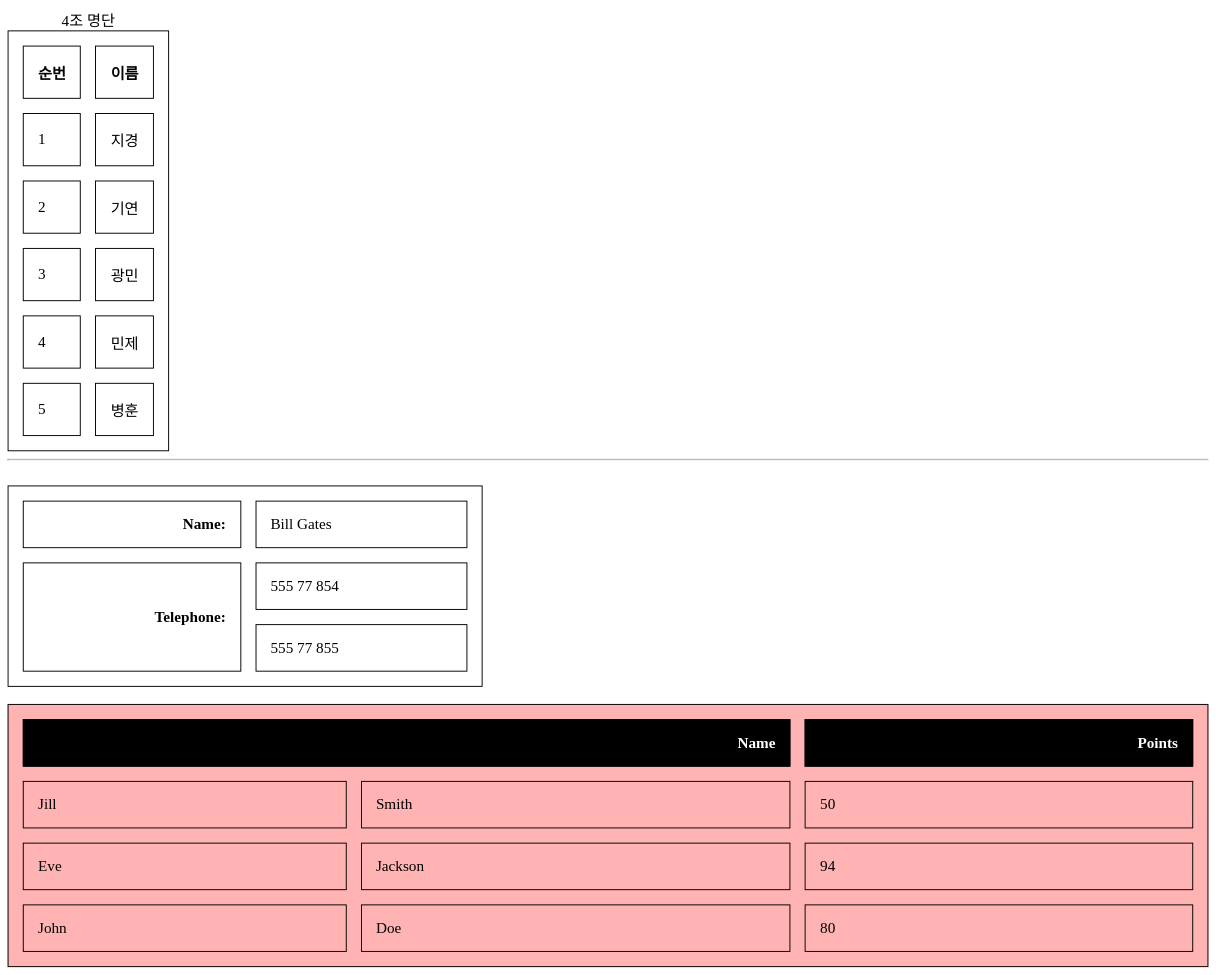
Repository: BaekJiGyeong/JSP
Page: http://localhost/AA_HelloJSP/exercise.jsp
These files come from the project's save history. The page is drawn as it stood at one moment and after the next save; the edit follows.
The browser window is 1280 px wide. The pictures show the whole page, at 95% of full size.
The page is served by Tomcat 9.

Above is the page before, as saved 2016-02-02 11:04:48.

After the next save:
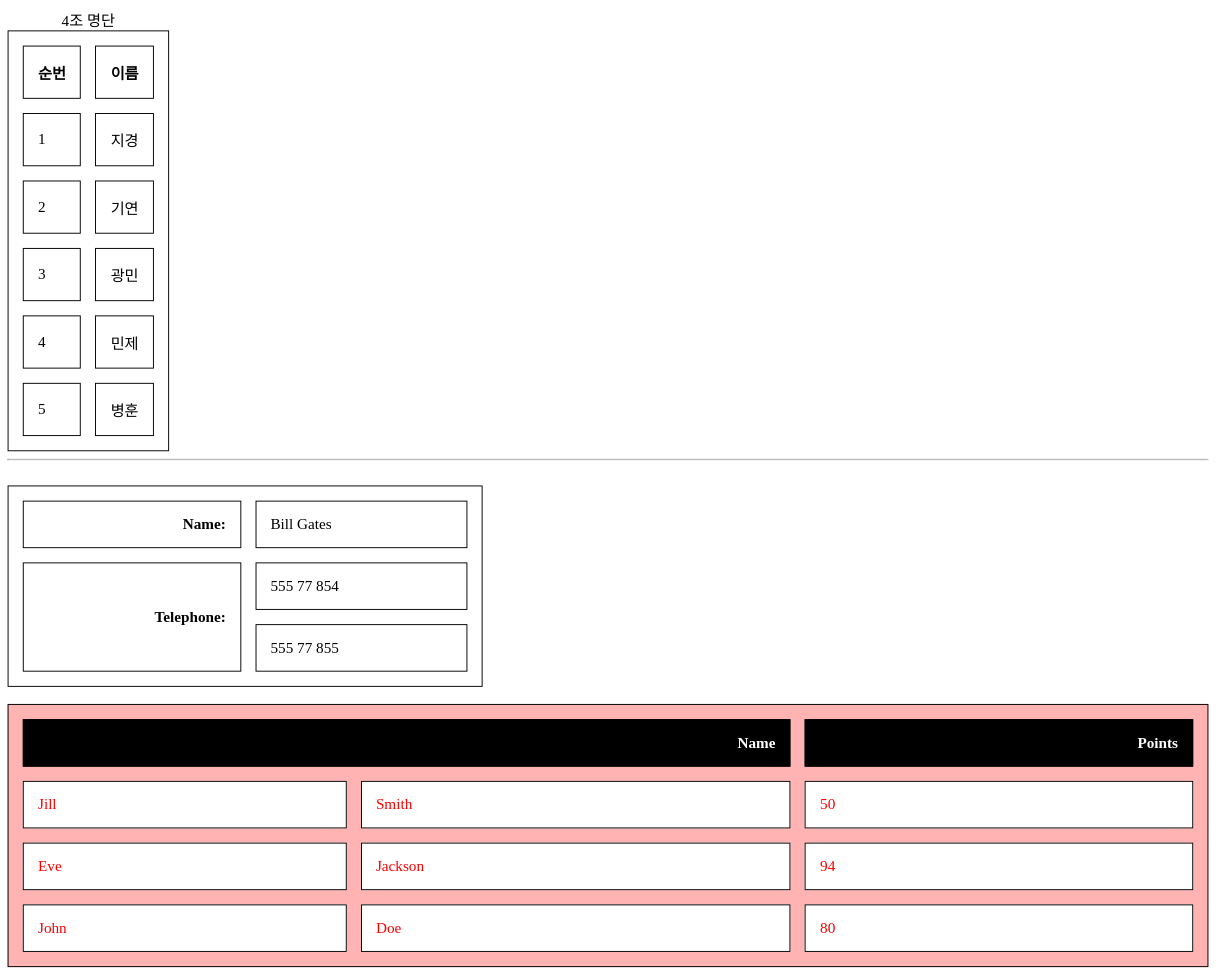
Saved 112 s later.
--- a/AA_HelloJSP/WebContent/exercise.jsp
+++ b/AA_HelloJSP/WebContent/exercise.jsp
@@ -29,6 +29,11 @@ table#t01 {
 table#t01 th {
 	background-color: black;
 	color: white;
+}
+
+table#t01 td {
+	background-color: white;
+	color: red;
 }
 </style>
 <meta http-equiv="Content-Type" content="text/html; charset=UTF-8">
